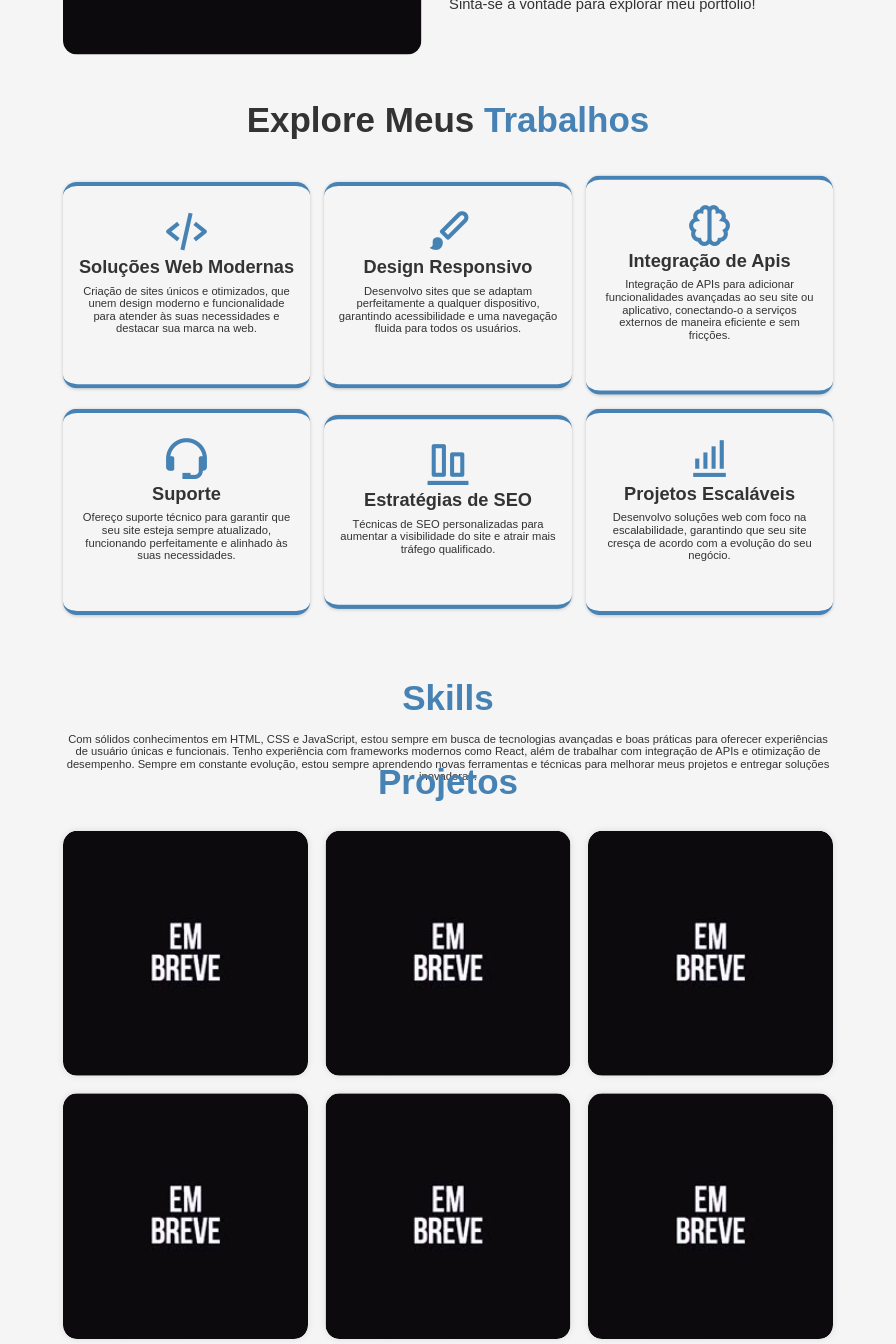
Repository: AliciaKathleen/portfolio-2025
Page: index.html
These files come from the project's save history. The page is drawn as it stood at one moment and after the next save; the edit follows.
The browser window is 1280 px wide. The pictures show the part of the page from y = 1297 to 3217 px (the page is 4098 px tall before and 8814 px after), at 70% of full size.

Above is the page before, as saved 2025-01-27 17:43:21.
Console error: TypeError: Cannot read properties of null (reading 'classList')

After the next save:
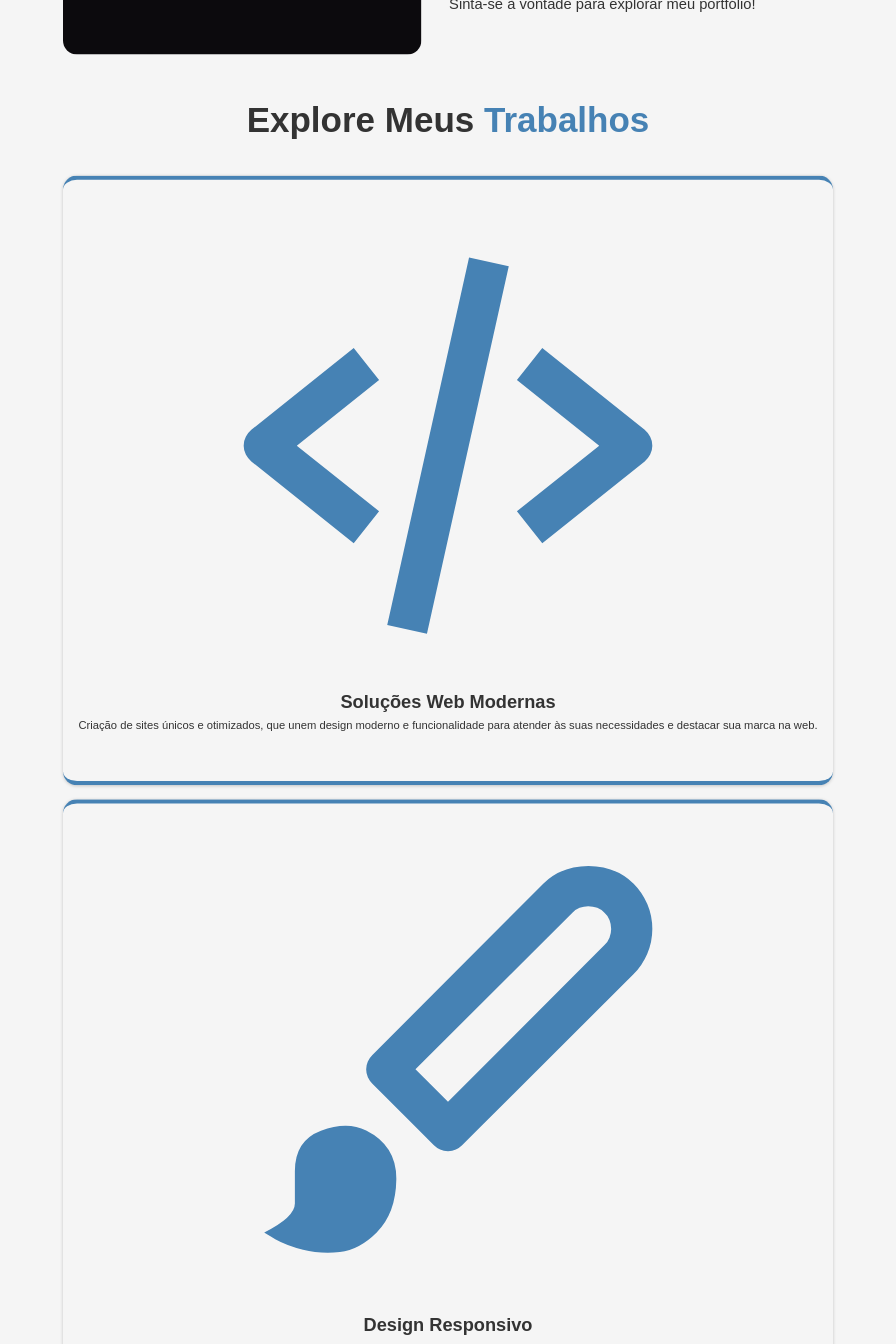
The error is gone.
Saved 37 s later.
--- a/style.css
+++ b/style.css
@@ -331,7 +331,7 @@ span {
 }
 
 .services-box i {
-    font-size: 7rem;
+    font-size: 70rem;
     color: var(--main-color);
 }
 
